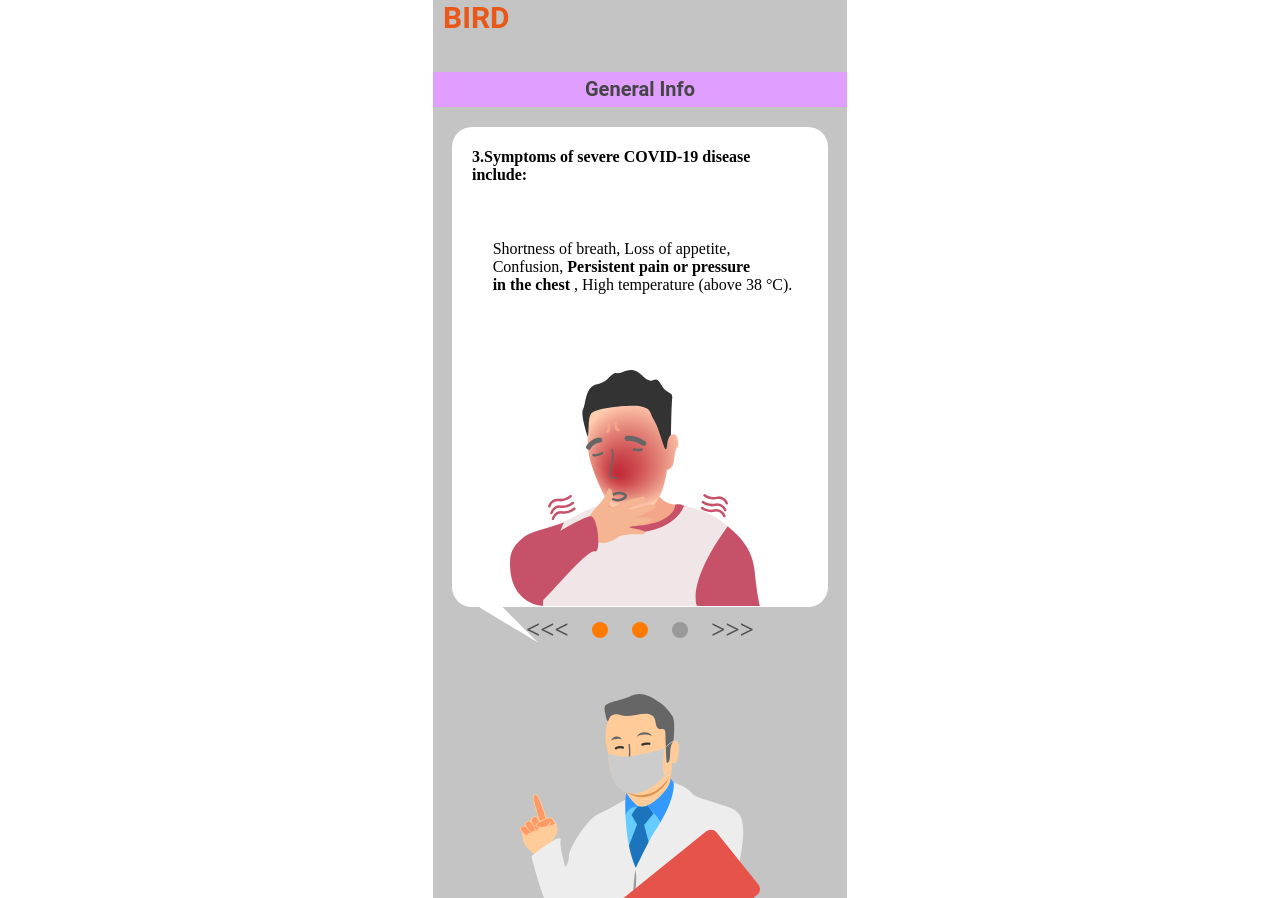
Repository: Levic559/BIRD
Page: General_info-3/2.html
The author's editor kept a copy of each file at every save. The page is drawn from the files as they stood at one save, then again after the next save.
The browser window is 1280 px wide. The pictures show the whole page.

Above is the page before, as saved 2021-03-11 01:26:01.

After the next save:
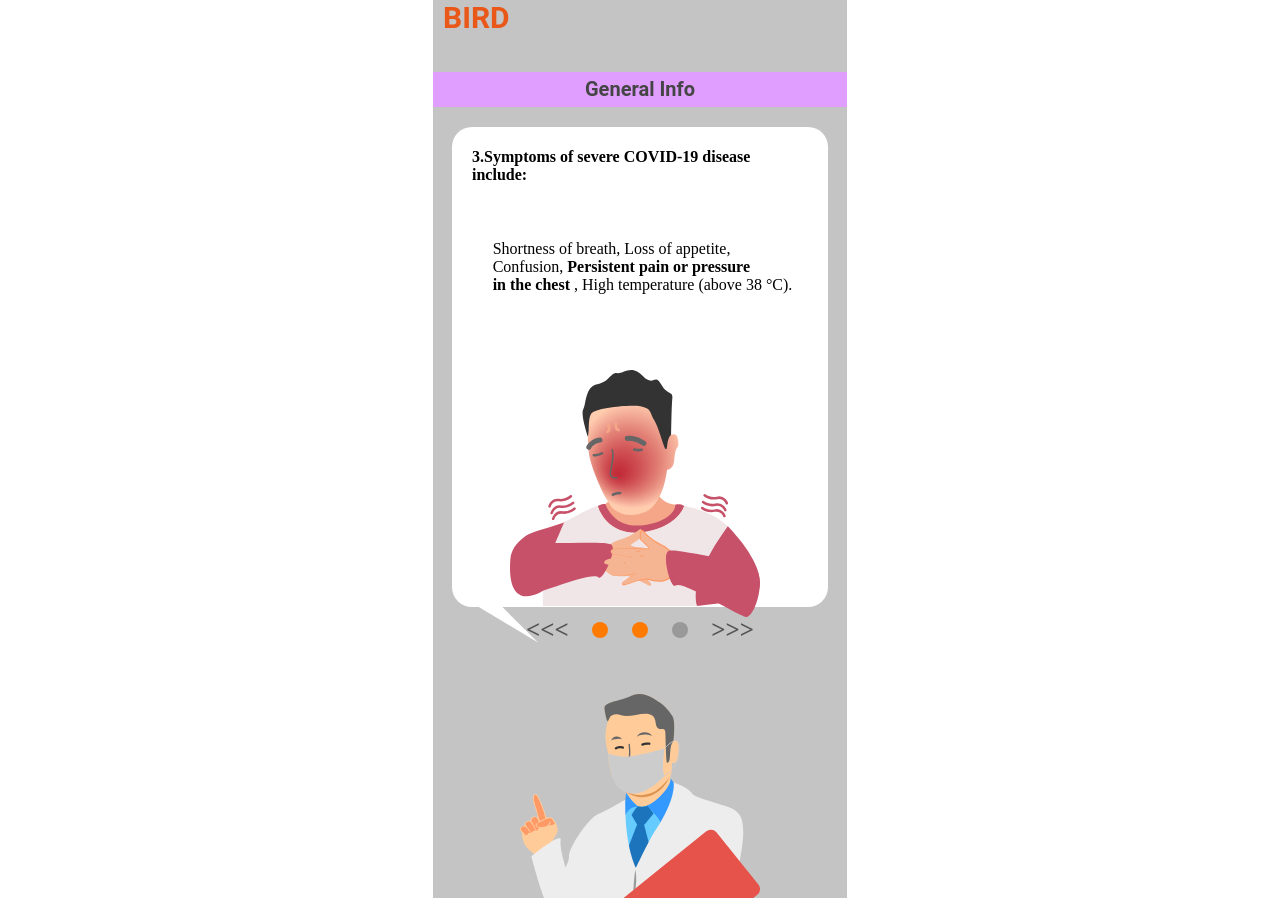
Saved 3 s later.
--- a/General_info-3/2.html
+++ b/General_info-3/2.html
@@ -23,7 +23,7 @@
           High temperature (above 38 °C).
         </p>
         <div class="infographicImg11">
-          <img src="../assets/patient-heat2.svg">
+          <img src="../assets/patient-heat3.svg">
         </div>
       </div>
       <div class="triangle">
